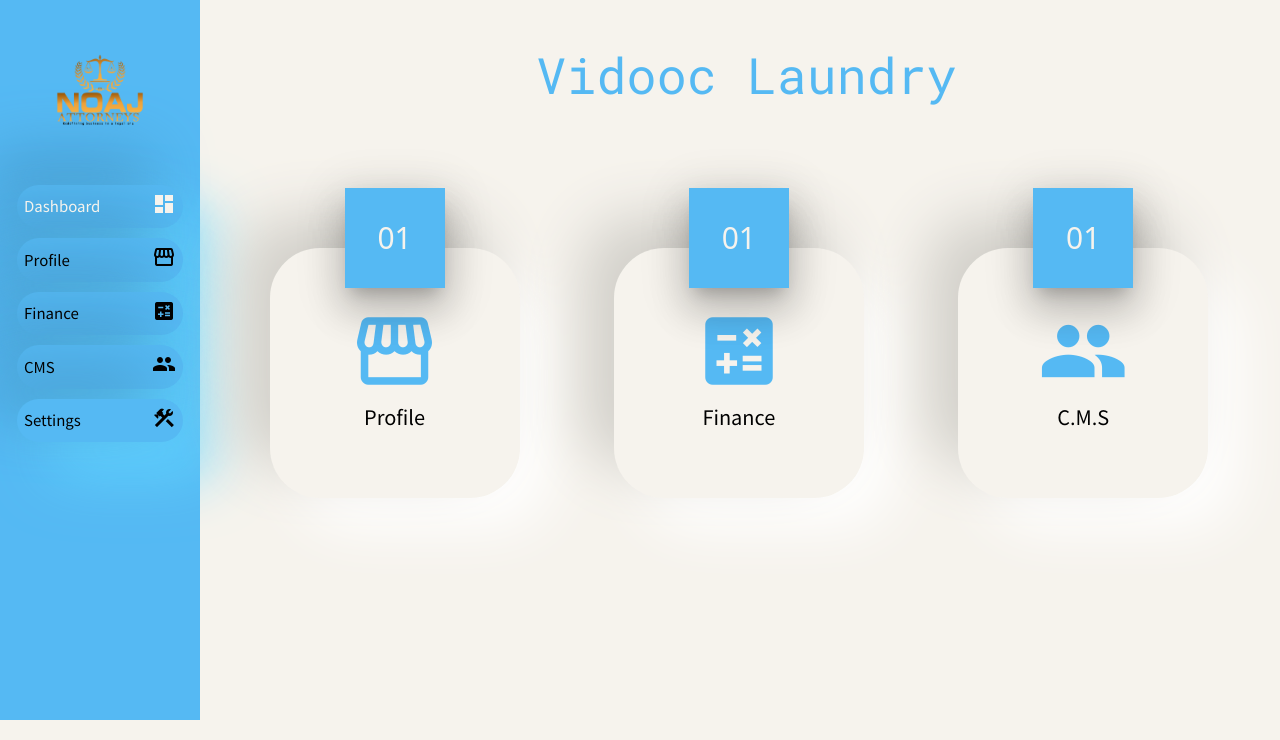
Repository: latenightsnacc/AllinOne
Page: Design/index.html
The author's editor kept a copy of each file at every save. The page is drawn from the files as they stood at one save, then again after the next save.
The browser window is 1280 px wide. The pictures show the whole page.
The style sheet was rebuilt from its Sass, Less or Tailwind sources for each picture, by a compiler version that may differ from the author's.

Above is the page before, as saved 2020-09-16 15:49:20.

After the next save:
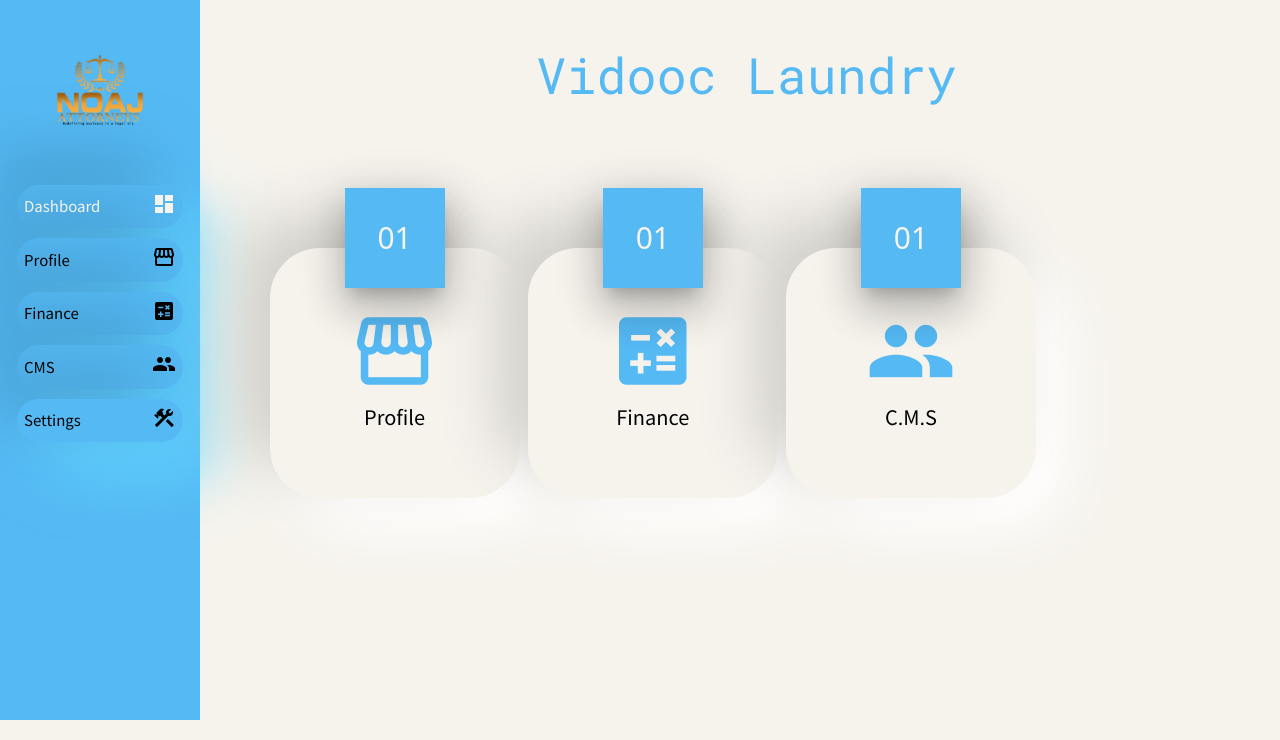
Saved 4 min 8 s later.
--- a/Design/index.html
+++ b/Design/index.html
@@ -78,7 +78,7 @@
                     <h1 class="biz-title">Vidooc Laundry</h1>
                 </div>
                 <div class="row ml-5 py-5">
-                    <div class="col-xs-12 col-sm-12 col-md-4 col-lg-4 col-xl-4 col-xxl-4">
+                    <div class="col-xs-12 col-sm-12 col-md-4 col-lg-3 col-xl-3 col-xxl-3">
                         <a href="#">
                             <div class="cardNew greyBs my-5 ">
                                 <div class="card-top z-depth-5">
@@ -94,7 +94,7 @@
                             </div>
                         </a>
                     </div>
-                    <div class="col-xs-12 col-sm-12 col-md-4 col-lg-4 col-xl-4 col-xxl-4">
+                    <div class="col-xs-12 col-sm-12 col-md-4 col-lg-3 col-xl-3 col-xxl-3">
                         <a href="#">
                             <div class="cardNew my-5 greyBs">
                                 <div class="card-top z-depth-5">
@@ -110,7 +110,7 @@
                             </div>
                         </a>
                     </div>
-                    <div class="col-xs-12 col-sm-12 col-md-4 col-lg-4 col-xl-4 col-xxl-4">
+                    <div class="col-xs-12 col-sm-12 col-md-4 col-lg-3 col-xl-3 col-xxl-3">
                         <a href="#">
                             <div class="cardNew my-5 greyBs">
                                 <div class="card-top z-depth-5">
